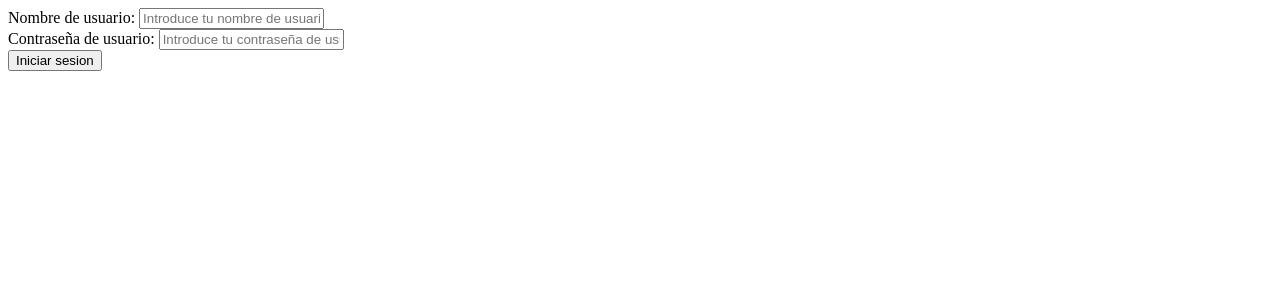
Repository: angegon/Developing-Applications-for-the-Java-EE-Platform
Page: javaee/08_ejemplo_fordward_login/WebContent/login.html
An editor plug-in stored every save of this project. The page is shown before and after the next save, followed by the edit.
The browser window is 1280 px wide. The pictures show the whole page.

Above is the page before, as saved 2016-12-21 15:54:12.

### javaee/08_ejemplo_fordward_login/WebContent/login.html
<!DOCTYPE html>
<html>
<head>
<meta charset="ISO-8859-1">
<title>Insert title here</title>
</head>
<body>

<form action="comprobarPassword" method="post">
<div style="float:left">
	Nombre de usuario: <input type="text" name="usuario" placeholder="Introduce tu nombre de usuario"/>
	</br>
	Contraseña de usuario: <input type="password" name="password" placeholder="Introduce tu contraseña de usuario"/>
	</br>
	<input type="submit" value="Iniciar sesion"/>
</div>

</form>
</body>
</html>

After the next save:
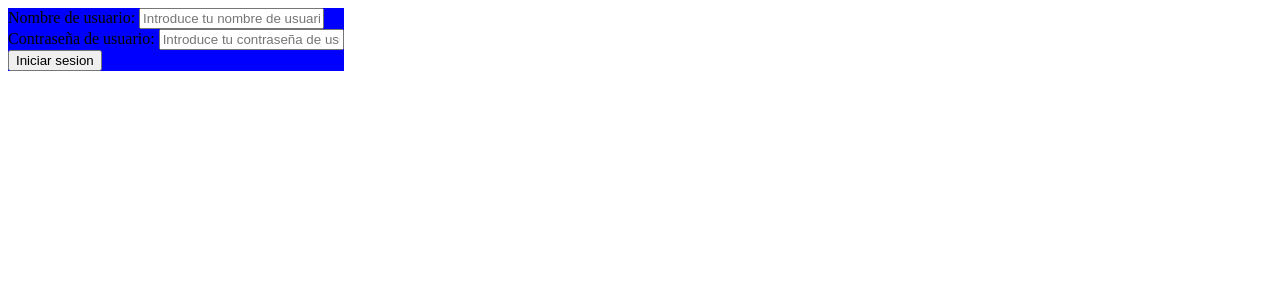
Saved 11 s later.
--- a/javaee/08_ejemplo_fordward_login/WebContent/login.html
+++ b/javaee/08_ejemplo_fordward_login/WebContent/login.html
@@ -7,7 +7,7 @@
 <body>
 
 <form action="comprobarPassword" method="post">
-<div style="float:left">
+<div style="float:left; background-color: blue">
 	Nombre de usuario: <input type="text" name="usuario" placeholder="Introduce tu nombre de usuario"/>
 	</br>
 	Contraseña de usuario: <input type="password" name="password" placeholder="Introduce tu contraseña de usuario"/>
